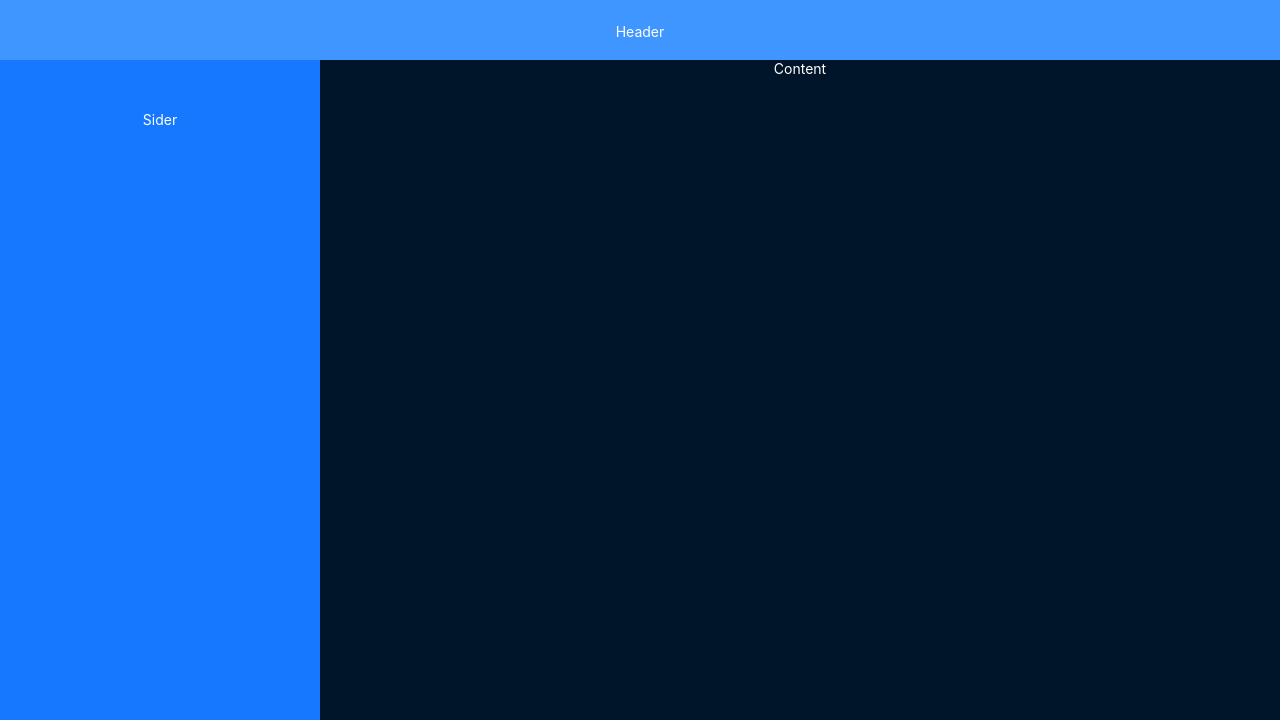
Repository: Vadia23/React-Crypto-App
Page: /
The author's editor kept a copy of each file at every save. The page is drawn from the files as they stood at one save, then again after the next save.
The browser window is 1280 px wide. The pictures show the whole page.
The project was rebuilt for these pictures with package versions that can differ from the ones it lists, and the page was loaded fresh each time. Also part of the build but not shown: vite.config.js.

Above is the page before, as saved 2024-02-08 17:51:21.

### src/App.jsx
import { Layout } from "antd";
import AppHeader from "./components/layout/AppHeader";
import AppSider from "./components/layout/AppSider";
import AppContent from "./components/layout/AppConten";

export default function App() {
  return (
    <Layout>
      <AppHeader />
      <Layout>
        <AppSider />
        <AppContent />
      </Layout>
    </Layout>
  );
}

### src/components/layout/AppHeader.jsx
import { Layout } from "antd";

const headerStyle = {
  textAlign: "center",
  color: "#fff",
  height: 60,
  paddingInline: 48,
  lineHeight: "64px",
  backgroundColor: "#4096ff",
};

export default function AppHeader() {
  return <Layout.Header style={headerStyle}>Header</Layout.Header>;
}

### src/components/layout/AppSider.jsx
import { Layout } from "antd";

const siderStyle = {
  textAlign: "center",
  lineHeight: "120px",
  color: "#fff",
  backgroundColor: "#1677ff",
};

export default function AppSider() {
  return (
    <Layout.Sider width="25%" style={siderStyle}>
      Sider
    </Layout.Sider>
  );
}

### src/components/layout/AppConten.jsx
import { Layout } from "antd";

const contentStyle = {
  textAlign: "center",
  minHeight: "calc(100vh - 60px)",
  color: "#fff",
  backgroundColor: "#001529",
};

export default function AppContent() {
  return <Layout.Content style={contentStyle}>Content</Layout.Content>;
}

Loaded but not shown: index.html (common file); src/main.jsx (common file); src/index.css (common file)

After the next save:
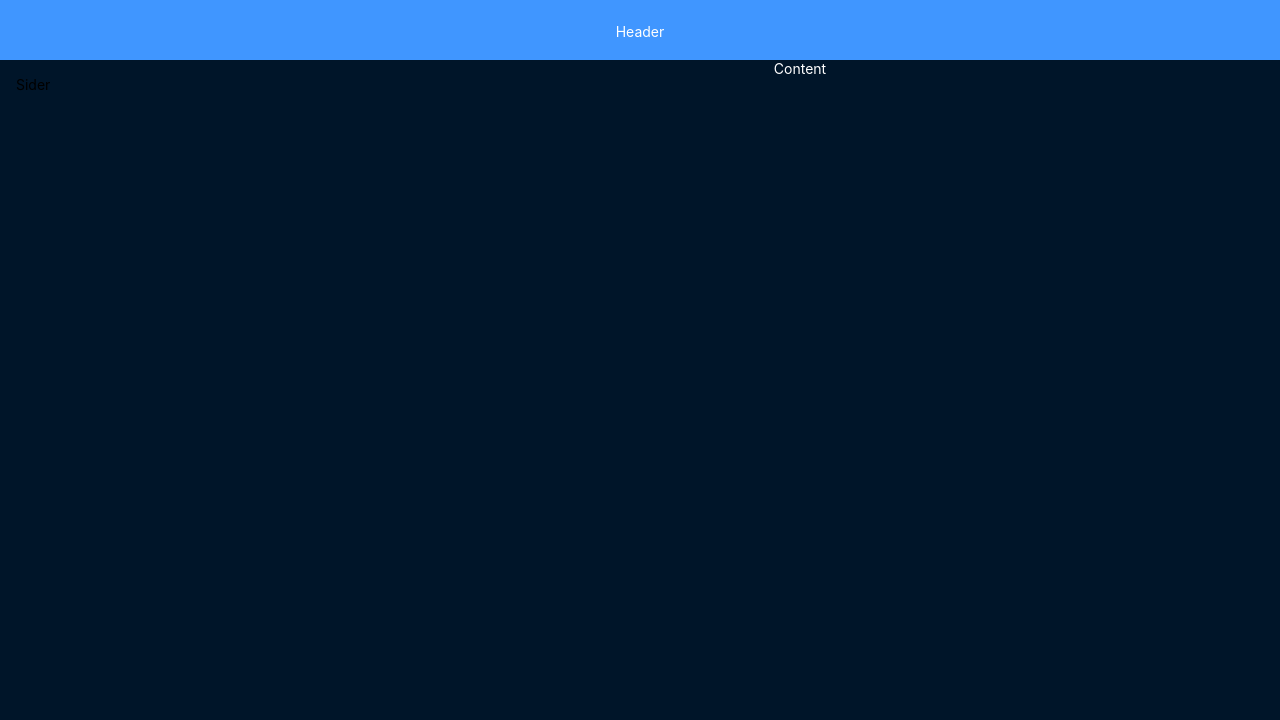
Saved 31 s later.
--- a/src/components/layout/AppSider.jsx
+++ b/src/components/layout/AppSider.jsx
@@ -1,10 +1,7 @@
 import { Layout } from "antd";
 
 const siderStyle = {
-  textAlign: "center",
-  lineHeight: "120px",
-  color: "#fff",
-  backgroundColor: "#1677ff",
+  padding: "1rem",
 };
 
 export default function AppSider() {
